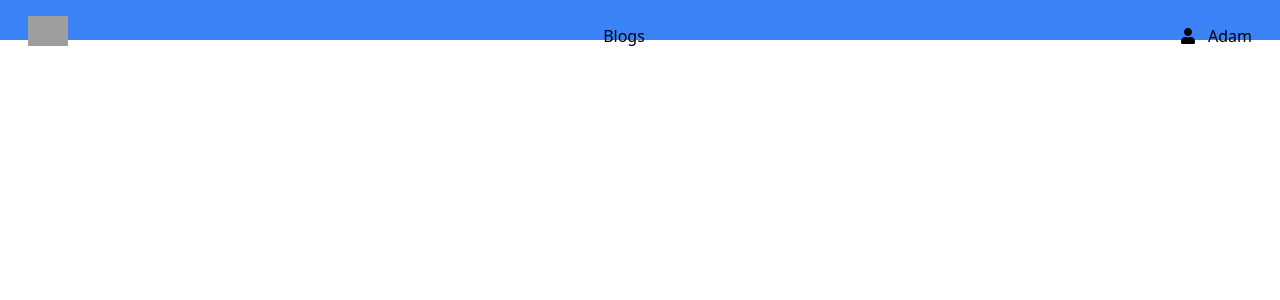
Repository: Lan-au-75/zv-app
Page: /
An editor plug-in stored every save of this project. The page is shown before and after the next save, followed by the edit.
The browser window is 1280 px wide. The pictures show the whole page.
Pictures or frames that could not be fetched are drawn as grey boxes. The project was rebuilt for these pictures with package versions that can differ from the ones it lists, and the page was loaded fresh each time. Also part of the build but not shown: vite.config.js.

Above is the page before, as saved 2023-12-13 10:48:51.

After the next save:
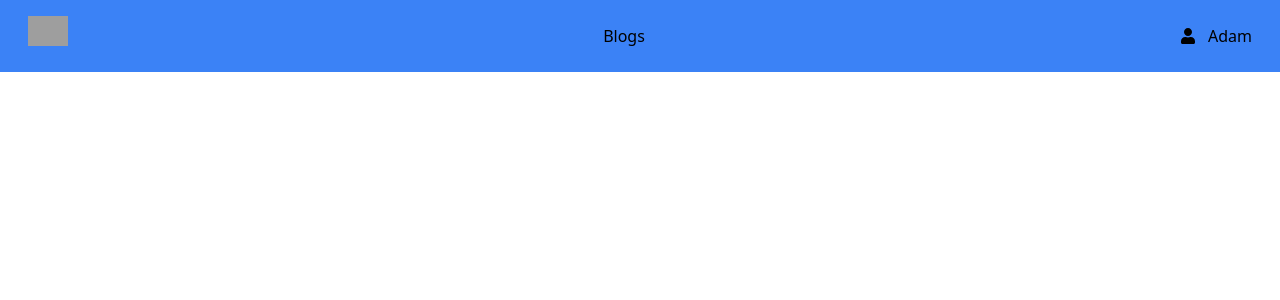
Saved 13 s later.
--- a/src/App.jsx
+++ b/src/App.jsx
@@ -1,7 +1,7 @@
 import { FaUser } from 'react-icons/fa'
 export default function App() {
     return (
-        <header className='bg-blue-500 h-10'>
+        <header className='bg-blue-500'>
             <div className='flex items-center justify-between mx-3 p-4'>
                 <div className='w-10 h-10 '>
                     <img
